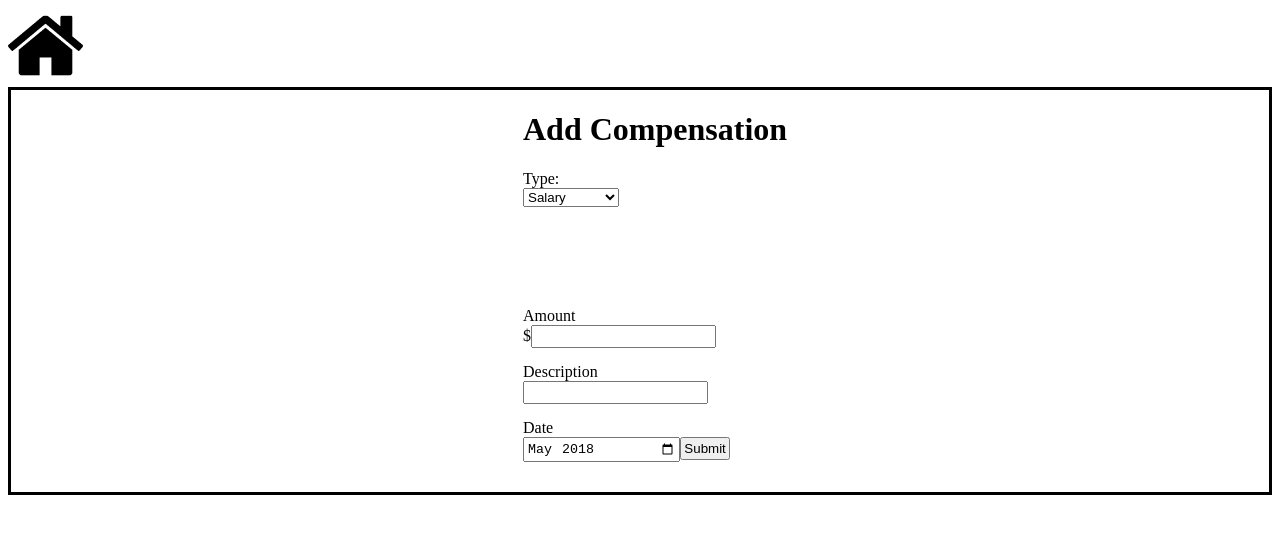
Repository: ticross18/SpringBootEmployeeSystem
Page: EmploymentSystem/src/main/resources/static/addComp.html
The author's editor kept a copy of each file at every save. The page is drawn from the files as they stood at one save, then again after the next save.
The browser window is 1280 px wide. The pictures show the whole page.

Above is the page before, as saved 2022-05-17 18:30:31.

After the next save:
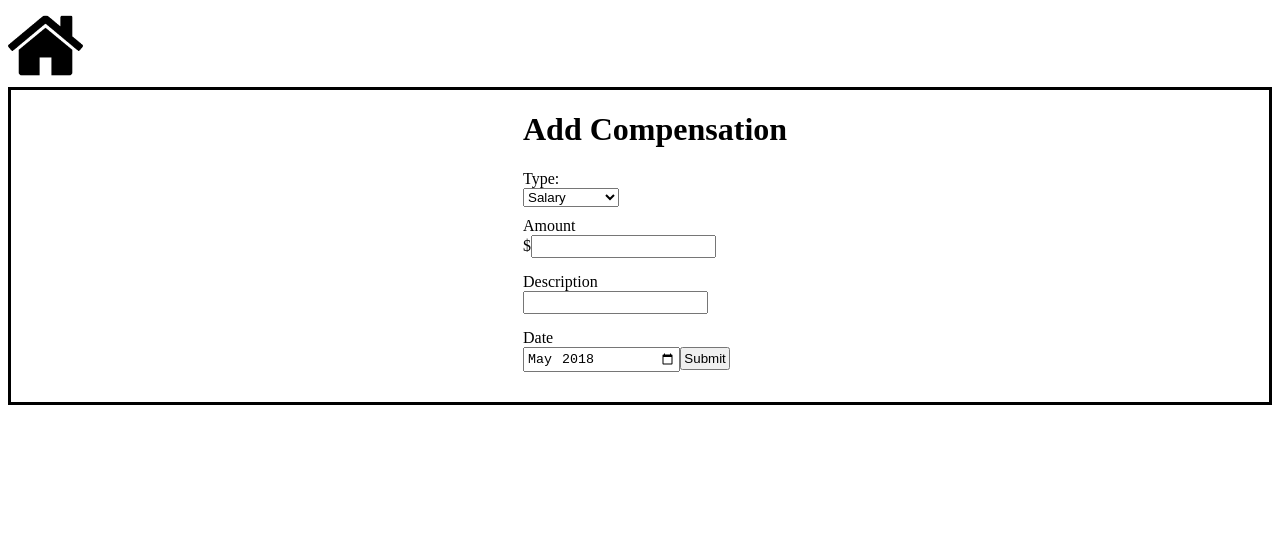
Saved 4 s later.
--- a/EmploymentSystem/src/main/resources/static/addComp.html
+++ b/EmploymentSystem/src/main/resources/static/addComp.html
@@ -16,7 +16,7 @@
 
  <form id="userInput">
         	<label for="type">Type:</label><br>
-			<select name="type" id="type" style="margin-bottom:100px;">
+			<select name="type" id="type" style="margin-bottom:10px;">
 			  <option value="volvo">Salary</option>
 			  <option value="saab">Bonus</option>
 			  <option value="mercedes">Commission</option>
